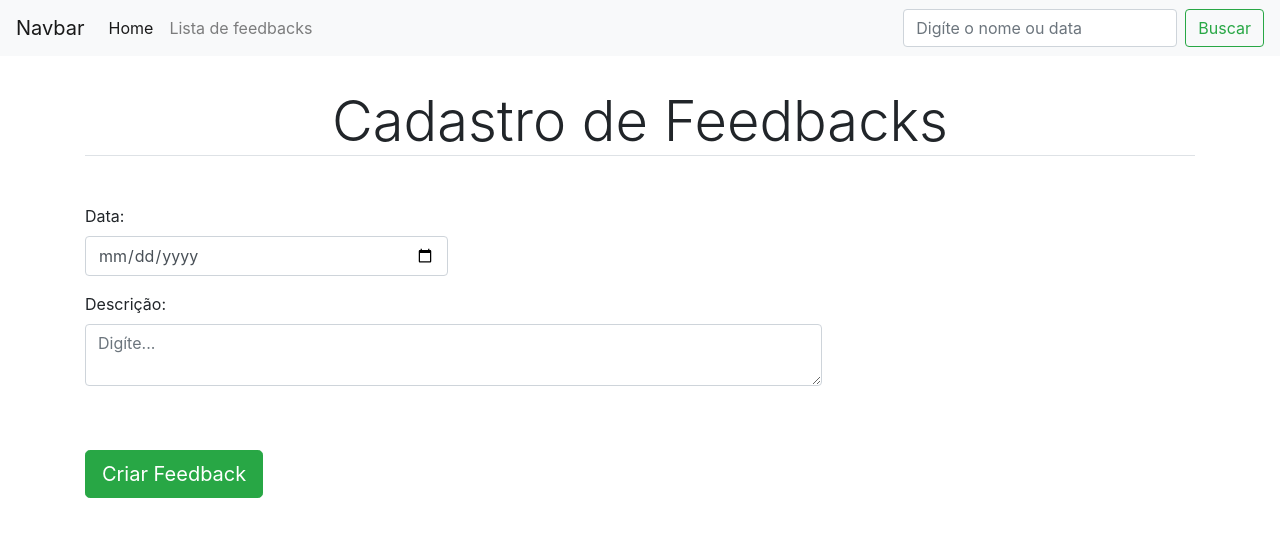
Repository: JulioSantooz/maisViagensSegundaVersao
Page: java-web(eclipse)/java-crud-mais-viagens/src/main/webapp/descricao.html
An editor plug-in stored every save of this project. The page is shown before and after the next save, followed by the edit.
The browser window is 1280 px wide. The pictures show the whole page.
Some web libraries are served in a nearby version.

Above is the page before, as saved 2022-02-06 15:18:19.

### java-web(eclipse)/java-crud-mais-viagens/src/main/webapp/descricao.html
<!DOCTYPE html>
<html>
<head>
<meta charset="ISO-8859-1">
<link rel="stylesheet" href="https://maxcdn.bootstrapcdn.com/bootstrap/4.0.0/css/bootstrap.css">
<title>+Viagens - Feedbacks</title>
</head>
<body>

<nav class="navbar navbar-expand-lg navbar-light bg-light">
  <a class="navbar-brand" href="#">Navbar</a>
  <button class="navbar-toggler" type="button" data-toggle="collapse" data-target="#navbarSupportedContent" aria-controls="navbarSupportedContent" aria-expanded="false" aria-label="Toggle navigation">
    <span class="navbar-toggler-icon"></span>
  </button>

  <div class="collapse navbar-collapse" id="navbarSupportedContent">
    <ul class="navbar-nav mr-auto">
      <li class="nav-item active">
        <a class="nav-link" href="index.html">Home <span class="sr-only">(current)</span></a>
      </li>
      <li class="nav-item">
        <a class="nav-link" href="#">Lista de feedbacks</a>
      </li>
    </ul>
    <form class="form-inline my-2 my-lg-0">
      <input name="pesquisa" class="form-control mr-sm-2" type="search" placeholder="Digíte o nome ou data" aria-label="Search">
      <button class="btn btn-outline-success my-2 my-sm-0" type="submit">Buscar</button>
    </form>
  </div>
</nav>

<main class="container text-center mt-3">
	<div class="row">
		<div class="col-12">
			<h1 class="display-4 my-3 border-bottom">Cadastro de Feedbacks</h1>
			<form action="CreateAndFind" method="POST">
                <div class="form-row mt-5 d-flex flex-column">
                    <div class="form-group col-4">
                        <label for="" class="float-left">Data:</label>
                        <input type="date" class="form-control" id="">
                    </div>
                    <div class="form-group col-8">
                        <label for="" class="float-left">Descrição:</label>
                        <textarea class="form-control" id="" placeholder="Digíte..."></textarea>
                    </div>
                </div>
                <button type="submit" class="btn btn-lg btn-success my-5 float-left">Criar Feedback</button>
            </form>
		</div>
	</div>
</main>


<script src="https://code.jquery.com/jquery-3.2.1.slim.min.js"></script>
<script src="https://cdnjs.cloudflare.com/ajax/libs/popper.js/1.12.9/umd/popper.min.js"></script>
<script src="https://maxcdn.bootstrapcdn.com/bootstrap/4.0.0/js/bootstrap.js"></script>

</body>
</html>

After the next save:
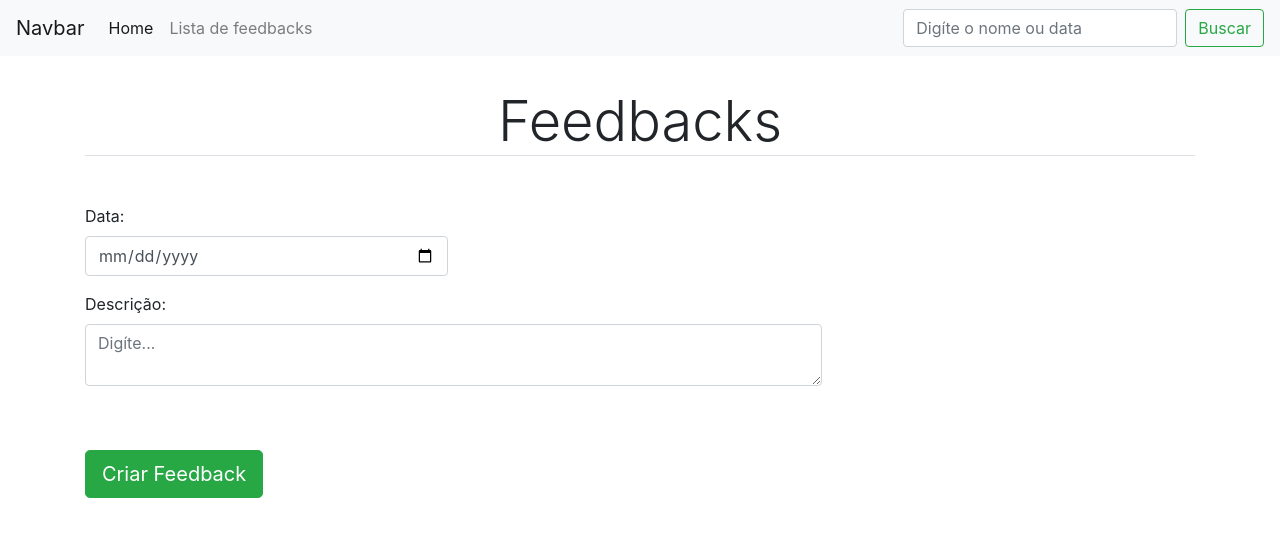
Saved 14 s later.
--- a/java-web(eclipse)/java-crud-mais-viagens/src/main/webapp/descricao.html
+++ b/java-web(eclipse)/java-crud-mais-viagens/src/main/webapp/descricao.html
@@ -32,7 +32,7 @@
 <main class="container text-center mt-3">
 	<div class="row">
 		<div class="col-12">
-			<h1 class="display-4 my-3 border-bottom">Cadastro de Feedbacks</h1>
+			<h1 class="display-4 my-3 border-bottom">Feedbacks</h1>
 			<form action="CreateAndFind" method="POST">
                 <div class="form-row mt-5 d-flex flex-column">
                     <div class="form-group col-4">
